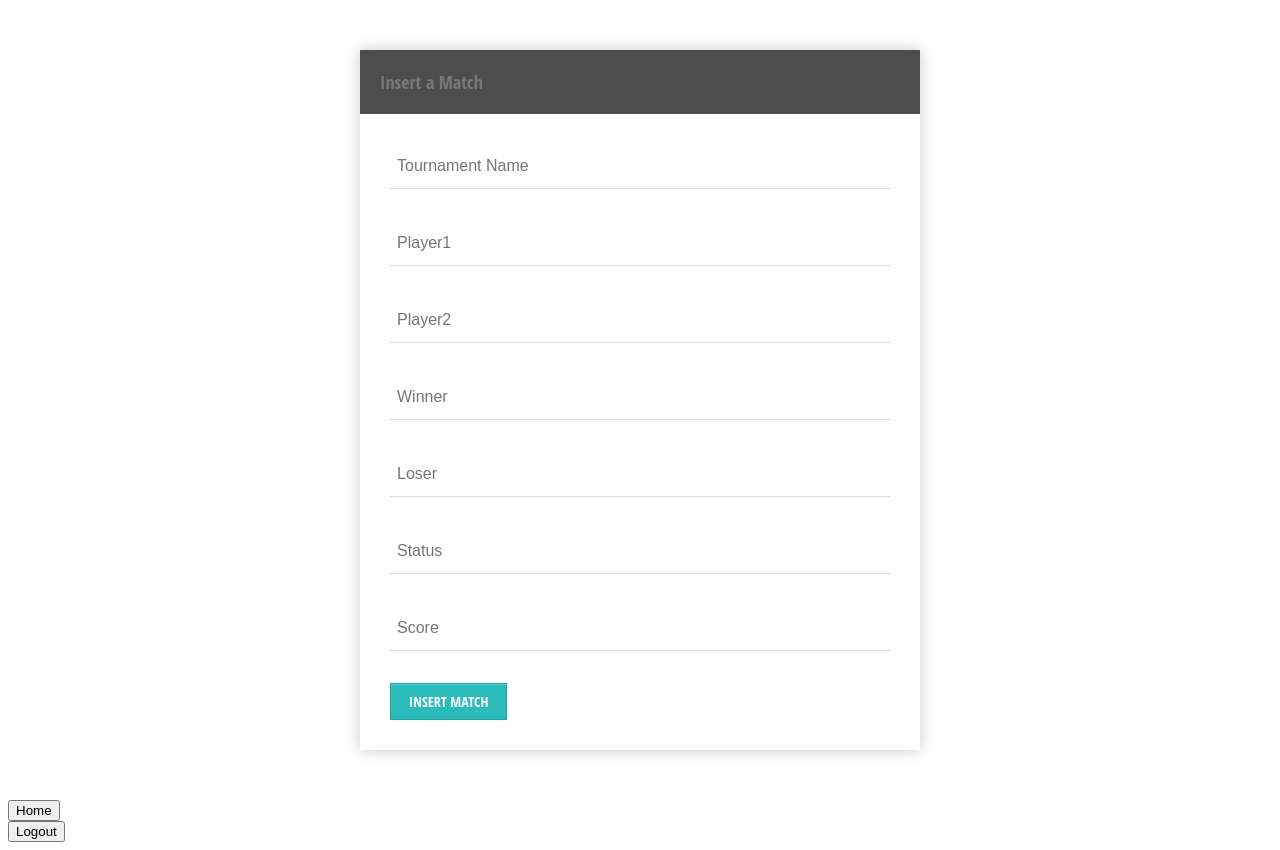
Repository: prm2711/javaapps
Page: http://localhost/Tournament/insertmatch.jsp
An editor plug-in stored every save of this project. The page is shown before and after the next save, followed by the edit.
The browser window is 1280 px wide. The pictures show the whole page.
The page is served by Tomcat 9. The session is filled in as if someone had signed in: {"name": "admin", "username": "admin"}. The application's start-up code is not run. Other server files are loaded and not shown.

Above is the page before, as saved 2018-01-23 06:33:18.

### eclipse-workspace/Tournament/WebContent/insertmatch.jsp
<%@ page language="java" contentType="text/html; charset=ISO-8859-1"
	pageEncoding="ISO-8859-1"%>
<!DOCTYPE html PUBLIC "-//W3C//DTD HTML 4.01 Transitional//EN" "http://www.w3.org/TR/html4/loose.dtd">
<html>
<head>
<meta http-equiv="Content-Type" content="text/html; charset=ISO-8859-1">
<title>Insert Match</title>
<link rel="stylesheet" type="text/css" href="css/insertpage.css">

</head>
<body>
	<form method="post" action="InsertMatchServlet" class="insert-form">
	<h2>Insert a Match</h2>
		<input type="text" name="tourname" placeholder="Tournament Name" /><br>
		<input type="text" name="player1" placeholder="Player1" /><br>
		<input type="text" name="player2" placeholder="Player2" /><br>
		<input type="text" name="winner" placeholder="Winner" /><br> <input
			type="text" name="loser" placeholder="Loser" /><br> <input
			type="text" name="status" placeholder="Status" /><br> <input
			type="text" name="score" placeholder="Score" /><br> <input
			class="submitButton" type="submit" value="Insert Match">
	</form>
	<form method="post" action="home.jsp" class="submitButton">
		<input class="submitButton" type="submit" value="Home">
	</form>
	<form method="post" action="LogoutServlet" class="submitButton">
		<input class="submitButton" type="submit" value="Logout">
	</form>
</body>
</html>

### eclipse-workspace/Tournament/WebContent/css/insertpage.css
@charset "ISO-8859-1";
.insert-form {
    font-family: 'Open Sans Condensed', arial, sans;
    width: 500px;
    padding: 30px;
    background: #FFFFFF;
    margin: 50px auto;
    box-shadow: 0px 0px 15px rgba(0, 0, 0, 0.22);
}

.insert-form h2 {
    background: #4D4D4D;
    font-family: 'Open Sans Condensed', sans-serif;
    color: #797979;
    font-size: 18px;
    font-weight: 100;
    padding: 20px;
    margin: -30px -30px 30px -30px;
}

.insert-form input[type="text"] {
    box-sizing: border-box;
    outline: none;
    display: block;
    width: 100%;
    padding: 7px;
    border: none;
    border-bottom: 1px solid #ddd;
    background: transparent;
    margin-bottom: 10px;
    font: 16px Arial, Helvetica, sans-serif;
    height: 45px;
}

.insert-form .submitButton {
    box-shadow: inset 0px 1px 0px 0px #45D6D6;
    background-color: #2CBBBB;
    border: 1px solid #27A0A0;
    display: inline-block;
    cursor: pointer;
    color: #FFFFFF;
    font-family: 'Open Sans Condensed', sans-serif;
    font-size: 14px;
    padding: 8px 18px;
    text-decoration: none;
    text-transform: uppercase;
}

.insert-form .submitButton:hover {
    background:linear-gradient(to bottom, #34CACA 5%, #30C9C9 100%);
    background-color:#34CACA;
}

After the next save:
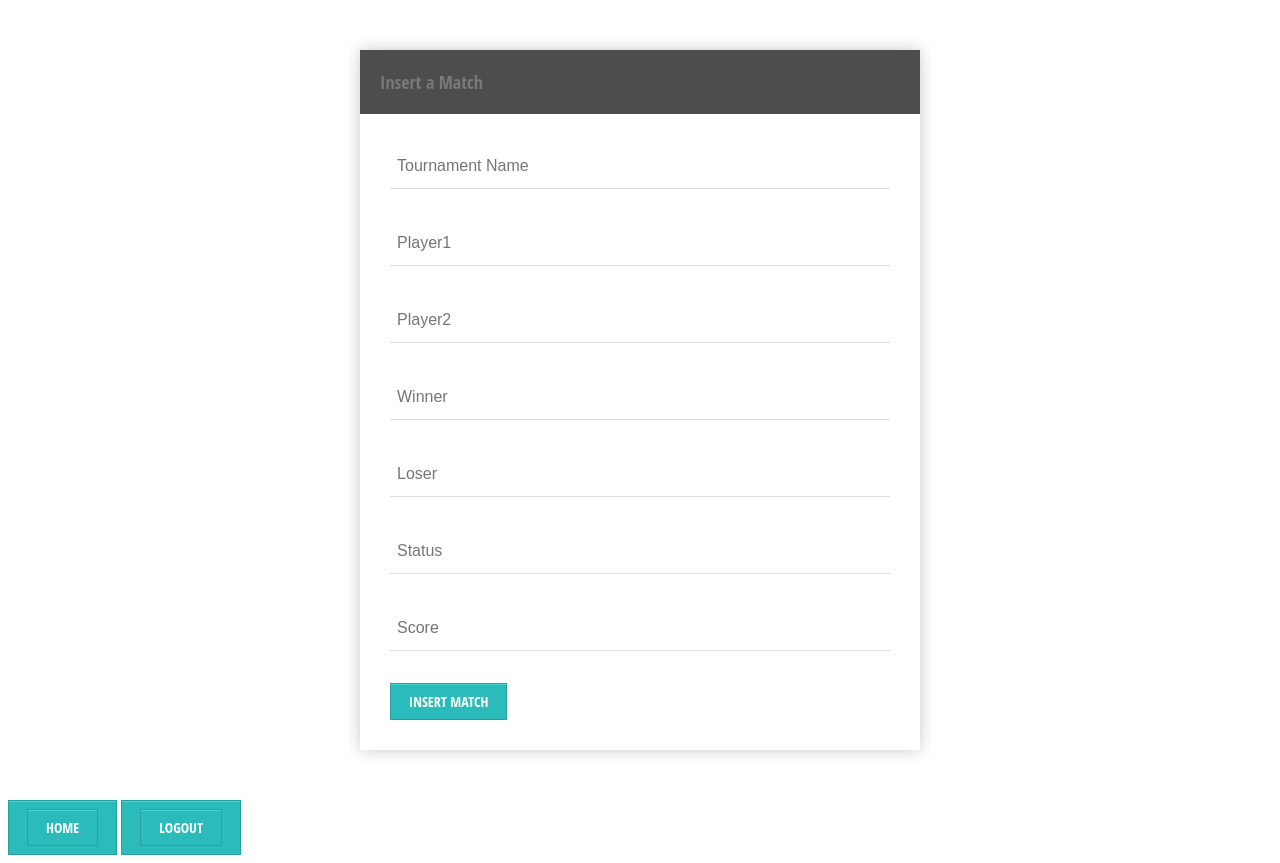
Saved 30 s later.
--- a/eclipse-workspace/Tournament/WebContent/css/insertpage.css
+++ b/eclipse-workspace/Tournament/WebContent/css/insertpage.css
@@ -32,7 +32,7 @@
     height: 45px;
 }
 
-.insert-form .submitButton {
+.submitButton {
     box-shadow: inset 0px 1px 0px 0px #45D6D6;
     background-color: #2CBBBB;
     border: 1px solid #27A0A0;
@@ -46,7 +46,7 @@
     text-transform: uppercase;
 }
 
-.insert-form .submitButton:hover {
+.submitButton:hover {
     background:linear-gradient(to bottom, #34CACA 5%, #30C9C9 100%);
     background-color:#34CACA;
 }
